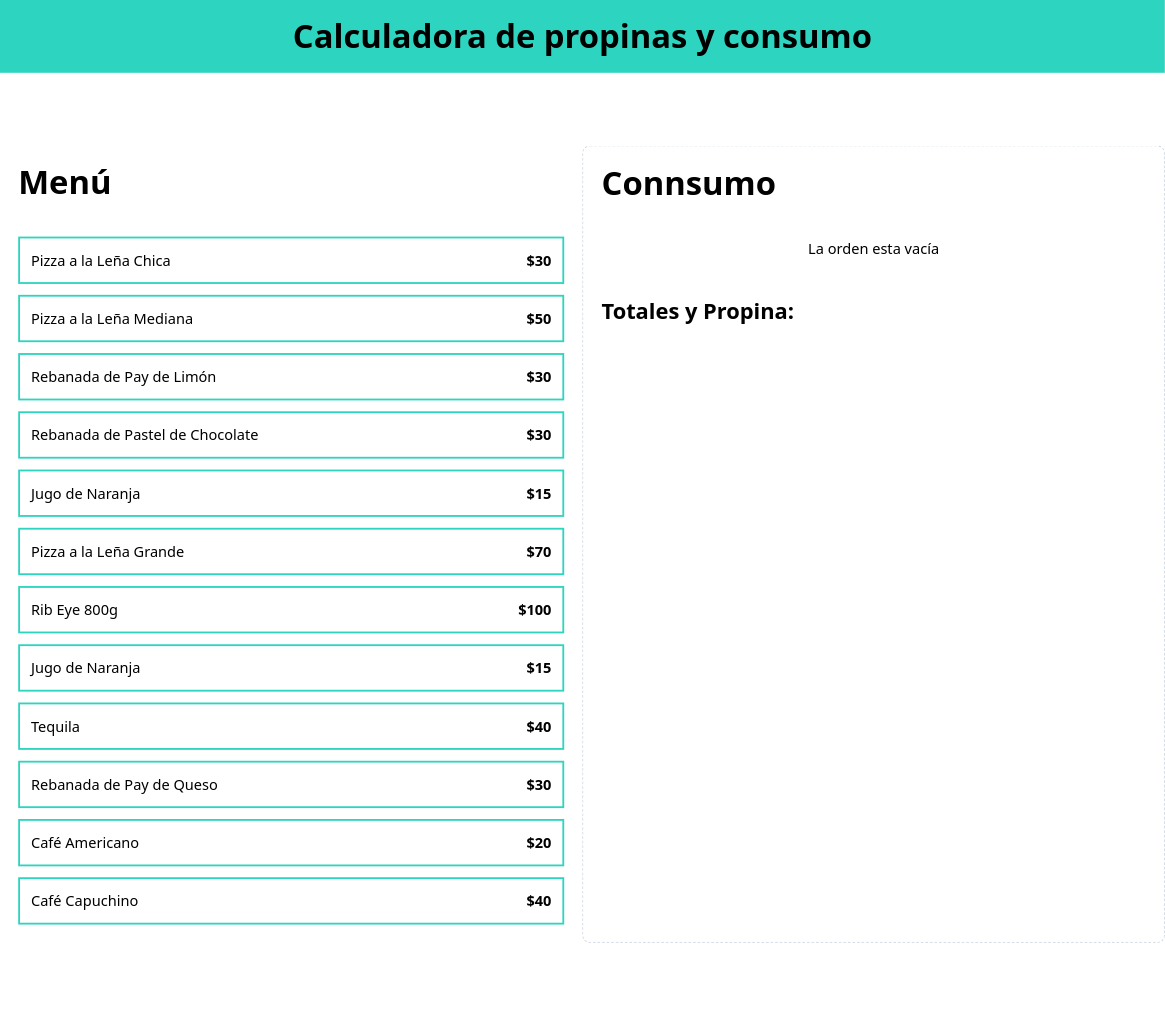
Repository: Samuel-Leal96/calculador_propinas
Page: /
The author's editor kept a copy of each file at every save. The page is drawn from the files as they stood at one save, then again after the next save.
The browser window is 1280 px wide. The pictures show the whole page, at 91% of full size.
The project was rebuilt for these pictures with package versions that can differ from the ones it lists, and the page was loaded fresh each time. Also part of the build but not shown: vite.config.ts.

Above is the page before, as saved 2025-10-21 18:15:55.

### index.html
<!doctype html>
<html lang="en">
  <head>
    <meta charset="UTF-8" />
    <link rel="icon" type="image/svg+xml" href="/vite.svg" />
    <meta name="viewport" content="width=device-width, initial-scale=1.0" />
    <title>calculaora_propinas</title>
  </head>
  <body>
    <div id="root"></div>
    <script type="module" src="/src/main.tsx"></script>
  </body>
</html>

### src/App.tsx
import MenuItem from "./components/MenuItem";
import OrderContents from "./components/OrderContents";
import OrderTotal from "./components/OrderTotal";
import { menuItems } from "./data/db";
import useOrder from "./hooks/useOrder";

function App() {

  const { order, addItem, removeItem } = useOrder();

  return (
    <>
      <header className="bg-teal-400 p-5">
        <h1 className="text-center text-4xl font-black">Calculadora de propinas y consumo</h1>
      </header>

      <main className="max-w-7xl mx-auto py-20 grid md:grid-cols-2">
        <div className="p-5">
          <h2 className="text-4xl font-black">Menú</h2>

          <div className="space-y-3 mt-10">
            {menuItems.map((item) => (
              <MenuItem
                key={item.id}
                item={item}
                addItem={addItem}
              />
            ))}
          </div>

        </div>

        <div className="border border-dashed border-slate-300 p-5 rounded-lg space-y-10">
            <OrderContents
              order={order}
              removeItem={removeItem}
            />

            <OrderTotal />
        </div>

      </main>
    </>
  )
}

export default App

### src/components/MenuItem.tsx
import type { MenuItem } from "../types";

type MenuItemProps = {
    item: MenuItem;
    addItem: (item: MenuItem) => void;
}

export default function MenuItem({ item, addItem }: MenuItemProps) {

    return (
        <button
            className="border-2 border-teal-400 hover:bg-teal-200 w-full p-3 flex justify-between items-center"
            onClick={ () => addItem(item) }
        >
            <p>{item.name}</p>
            <p className="font-black">${item.price}</p>
        </button>
    )
}

### src/components/OrderContents.tsx
import { formatCurrency } from "../helpers"
import type { MenuItem, OrderItem } from "../types"

type OrderContentsProps = {
    order: OrderItem[],
    removeItem: (id: MenuItem['id']) => void
}

export default function OrderContents({ order, removeItem }: OrderContentsProps) {
    return (
        <div>
            <h2 className='font-black text-4xl'>Connsumo</h2>

            <div className="space-y-3 mt-10">
                {order.length === 0 ?
                    <p className="text-center">La orden esta vacía</p>
                    : (
                        order.map(item => (
                            <div key={item.id}
                                className="flex justify-between items-center border-t border-gray-200 py-5 last-of-type:border-b"
                            >
                                <div>
                                    <p className="text-lg">
                                        {item.name} - {formatCurrency(item.price)}
                                    </p>
                                    <p className="font-black">
                                        {item.quantity} - {formatCurrency(item.price * item.quantity)}
                                    </p>
                                </div>

                                <button
                                    className="bg-red-800 h-8 w-8 rounded-full text-white font-black"
                                    onClick={() => removeItem(item.id)}
                                > X </button>

                            </div>
                        ))
                    )
                }
            </div>
        </div>
    )
}

### src/components/OrderTotal.tsx

export default function OrderTotal() {
  return (
    <>
        <div className="space-y-3">
            <h2 className="font-black text-2xl">Totales y Propina:</h2>
        </div>

        <button>

        </button>
    </>
  )
}

### src/data/db.ts
import type { MenuItem } from "../types";

export const menuItems: MenuItem[] = [
    {
      "id": 1,
      "name": "Pizza a la Leña Chica",
      "price": 30
    },
    {
      "id": 2,
      "name": "Pizza a la Leña Mediana",
      "price": 50
    },
    {
      "id": 3,
      "name": "Rebanada de Pay de Limón",
      "price": 30
    },
    {
      "id": 4,
      "name": "Rebanada de Pastel de Chocolate",
      "price": 30
    },
    {
      "id": 5,
      "name": "Jugo de Naranja",
      "price": 15
    },
    {
      "id": 6,
      "name": "Pizza a la Leña Grande",
      "price": 70
    },
    {
      "id": 7,
      "name": "Rib Eye 800g",
      "price": 100
    },
    {
      "id": 8,
      "name": "Jugo de Naranja",
      "price": 15
    },
    {
      "id": 9,
      "name": "Tequila",
      "price": 40
    },
    {
      "id": 10,
      "name": "Rebanada de Pay de Queso",
      "price": 30
    },
    {
      "id": 11,
      "name": "Café Americano",
      "price": 20
    },
    {
      "id": 12,
      "name": "Café Capuchino",
      "price": 40
    }
]

### src/hooks/useOrder.ts
import { useState } from "react";
import type { MenuItem, OrderItem } from "../types";

export default function useOrder() {
    const [order, setOrder] = useState<OrderItem[]>([]);

    const addItem = (item: MenuItem) => {

        const itemExists = order.find((orderItem) => orderItem.id === item.id);

        if(itemExists) {
            const updateOrder = order.map( orderItem => orderItem.id === item.id ?
                 {...orderItem, quantity: orderItem.quantity + 1} : orderItem );
                setOrder(updateOrder);
        }else{
            const newItem = { ...item, quantity: 1 }
            setOrder([...order, newItem]);
        }

    }

    const removeItem = (id: MenuItem['id']) => {
        setOrder(order.filter( item => item.id !== id ))
    }

    return {
        order,
        addItem,
        removeItem
    }
}

### src/helpers/index.ts
export function formatCurrency(quantity: number){
    return new Intl.NumberFormat('en-US', {
        style: 'currency', currency: 'USD'
    }).format(quantity)
}

Loaded but not shown: src/main.tsx (common file); src/index.css (common file); tailwind.config.js (common file)

After the next save:
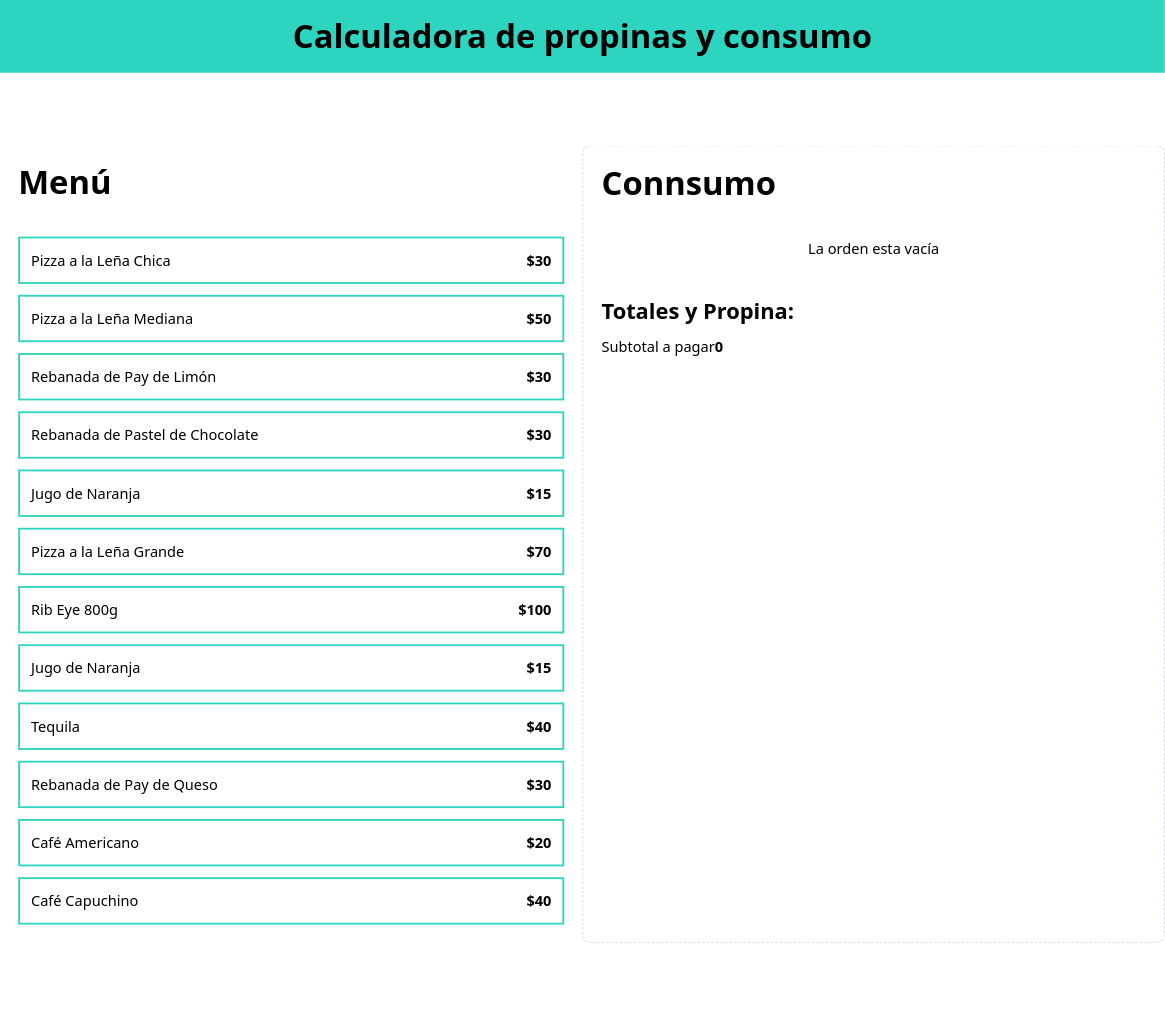
Saved 55 s later.
--- a/src/components/OrderTotal.tsx
+++ b/src/components/OrderTotal.tsx
@@ -4,6 +4,9 @@ export default function OrderTotal() {
     <>
         <div className="space-y-3">
             <h2 className="font-black text-2xl">Totales y Propina:</h2>
+            <p>Subtotal a pagar
+                <span className="font-bold">0</span>
+            </p>
         </div>
 
         <button>
